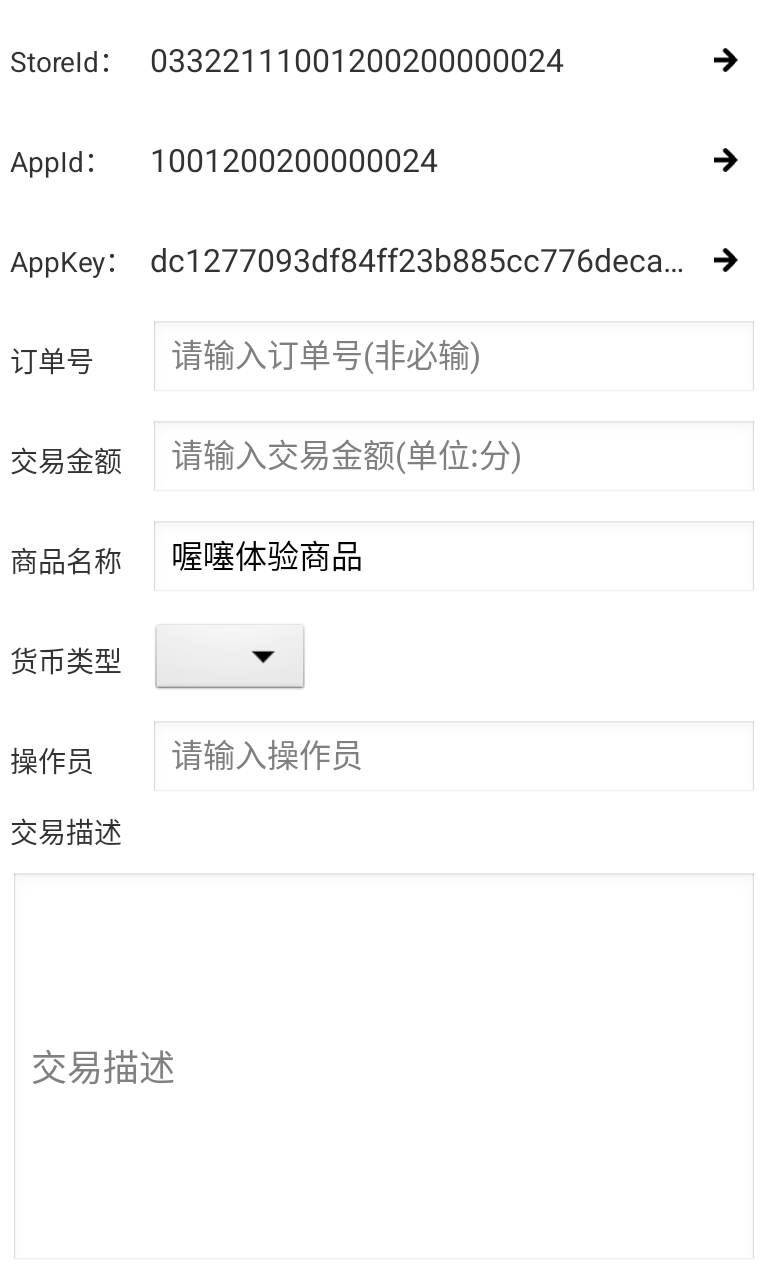
Repository: blanks1314/sysnc_android
Layout: UpayDemo/res/layout/fragment_setting.xml
These files come from the project's save history. The layout is drawn as it stood at one moment and after the next save; the edit follows.
It is drawn on a 768 x 1280 px phone screen (xhdpi) without system bars, with theme AppTheme; the app's code is not run.

Above is the layout before, as saved 2015-04-28 05:54:56.

After the next save:
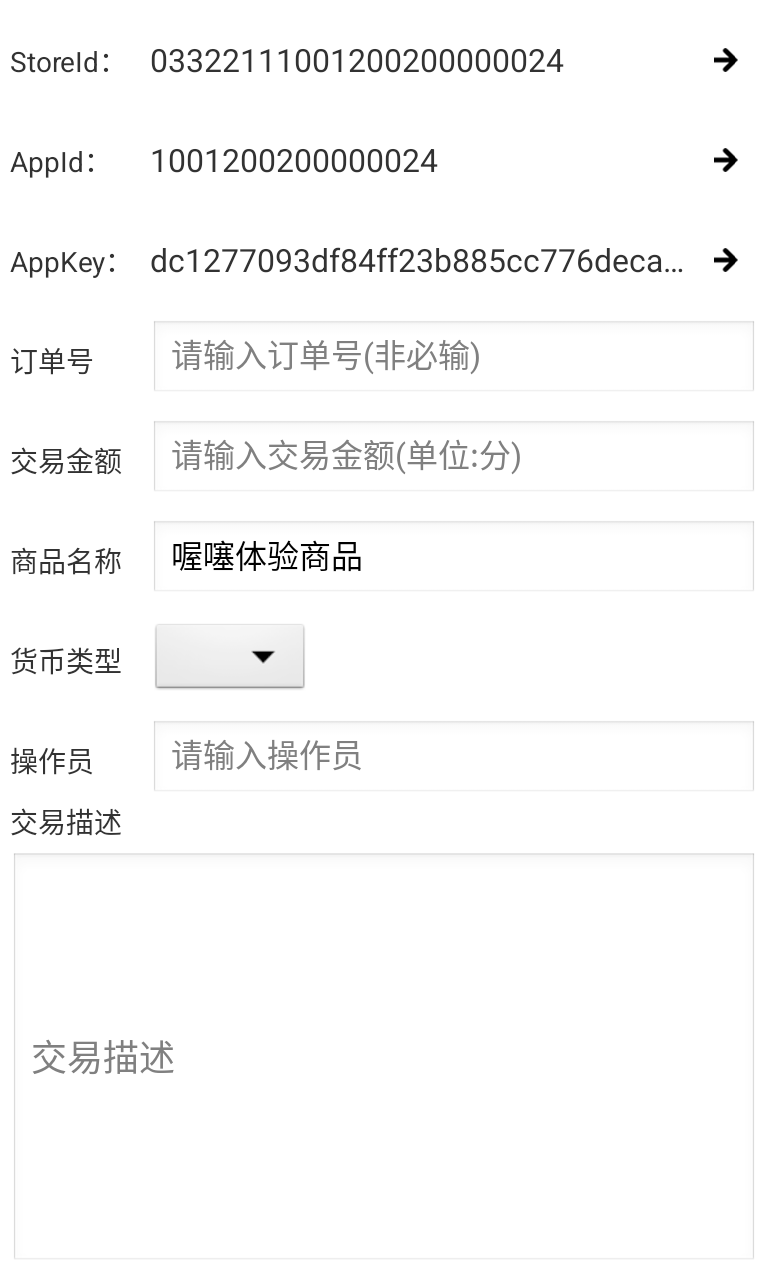
Saved 13 s later.
--- a/UpayDemo/res/layout/fragment_setting.xml
+++ b/UpayDemo/res/layout/fragment_setting.xml
@@ -130,7 +130,7 @@
         <TextView
             android:layout_width="70dp"
             android:layout_height="wrap_content"
-            android:layout_margin="5dp"
+            android:layout_marginLeft="5dp"
             android:text="交易描述" />
 
         <EditText
